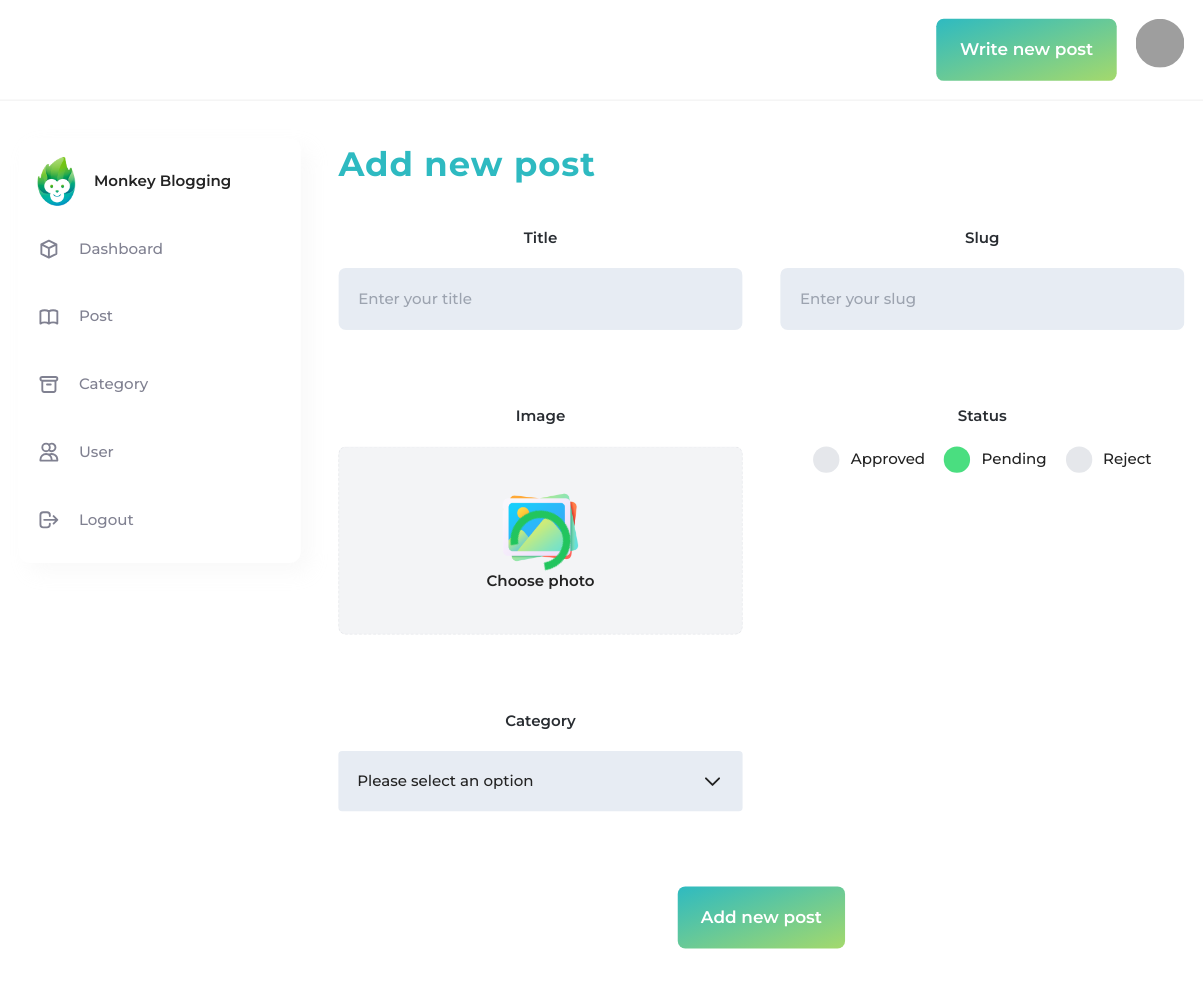
Repository: ThanhPhongsof/react-course-projects
Page: /manage/add-post (app in react-monkey-bloging/)
An editor plug-in stored every save of this project. The page is shown before and after the next save, followed by the edit.
The browser window is 1280 px wide. The pictures show the whole page, at 94% of full size.
Pictures or frames that could not be fetched are drawn as grey boxes. The project was rebuilt for these pictures with package versions that can differ from the ones it lists, and the page was loaded fresh each time. Also part of the build but not shown: react-monkey-bloging/src/page/AuthenticationPage.js, react-monkey-bloging/src/components/icon/IconEyeOpen.js, react-monkey-bloging/src/components/icon/IconEyeClose.js, react-monkey-bloging/src/components/icon/index.js, react-monkey-bloging/src/components/input/InputPasswordToggle.js, react-monkey-bloging/src/page/SignUpPage.js, react-monkey-bloging/src/page/SignInPage.js, react-monkey-bloging/src/components/layout/Header.js and 21 more. Imported but missing from the stored project, and not drawn on this page: react-monkey-bloging/src/components/loading/LoadingSpinner, react-monkey-bloging/src/module/post/PostMeta.

Above is the page before, as saved 2022-05-09 15:15:07.

### react-monkey-bloging/public/index.html
<!DOCTYPE html>
<html lang="en">
  <head>
    <meta charset="utf-8" />
    <link rel="icon" href="%PUBLIC_URL%/favicon.ico" />
    <meta name="viewport" content="width=device-width, initial-scale=1" />
    <meta name="theme-color" content="#000000" />
    <meta
      name="description"
      content="Web site created using create-react-app"
    />
    <link rel="apple-touch-icon" />

    <link rel="manifest" href="%PUBLIC_URL%/manifest.json" />
    <link rel="preconnect" href="https://fonts.googleapis.com" />
    <link rel="preconnect" href="https://fonts.gstatic.com" crossorigin />
    <link
      href="https://fonts.googleapis.com/css2?family=Montserrat:wght@400;500;600;700&display=swap"
      rel="stylesheet"
    />
    <title>Monkey Blogging App</title>
  </head>
  <body>
    <noscript>You need to enable JavaScript to run this app.</noscript>
    <div id="root"></div>
    <!--
      This HTML file is a template.
      If you open it directly in the browser, you will see an empty page.

      You can add webfonts, meta tags, or analytics to this file.
      The build step will place the bundled scripts into the <body> tag.

      To begin the development, run `npm start` or `yarn start`.
      To create a production bundle, use `npm run build` or `yarn build`.
    -->
  </body>
</html>

### react-monkey-bloging/src/index.js
import React from "react";
import "./styles/index.scss";
import App from "./App";
import reportWebVitals from "./reportWebVitals";
import { ThemeProvider } from "styled-components";
import { GlobalStyles } from "./styles/GlobalStyles";
import { theme } from "./utils/constants";
import { BrowserRouter } from "react-router-dom";
import { createRoot } from "react-dom/client";
import { ToastContainer } from "react-toastify";
import "react-toastify/dist/ReactToastify.css";
const container = document.getElementById("root");
const root = createRoot(container);

root.render(
  <React.StrictMode>
    <ThemeProvider theme={theme}>
      <GlobalStyles></GlobalStyles>
      <BrowserRouter>
        <App />
        <ToastContainer></ToastContainer>
      </BrowserRouter>
    </ThemeProvider>
  </React.StrictMode>
);

reportWebVitals();

### react-monkey-bloging/src/styles/index.scss
@tailwind base;
@tailwind components;
@tailwind utilities;
@import "reset";

@layer base {
  body {
    line-height: 1.5;
    // -webkit-font-smoothing: antialiased;
    -webkit-tap-highlight-color: rgba(0, 0, 0, 0);
    font-family: "Montserrat", sans-serif;
    font-size: 16px;
    color: #232323;
  }
}
.container {
  width: 100%;
  max-width: 1260px;
  margin: 0 auto;
  padding: 0 20px;
}
a {
  text-decoration: none;
  color: inherit;
}
.text-primary {
  color: #a4d96c;
}
.grid-layout {
  display: grid;
  grid-auto-columns: 235px;
  gap: 20px;
  -ms-overflow-style: none;
  scrollbar-width: none;
  &::-webkit-scrollbar {
    display: none;
  }
  @media screen and (min-width: 1024px) {
    grid-template-columns: repeat(3, minmax(0, 1fr));
    gap: 40px;
  }
  @media screen and (max-width: 1023.98px) {
    grid-auto-flow: column;
    scroll-snap-type: x mandatory;
    overflow-x: auto;
  }
  & > * {
    scroll-snap-align: start;
  }
  &--primary {
    grid-auto-columns: 220px;
    @media screen and (min-width: 1024px) {
      grid-template-columns: repeat(4, minmax(0, 1fr));
    }
  }
}
.home-block {
  padding-bottom: 40px;
  @media screen and (min-width: 1024px) {
    padding-bottom: 60px;
  }
}
.entry-content {
  font-size: 16px;
  h2,
  h3,
  h4 {
    font-weight: bold;
    margin-bottom: 20px;
  }
  h2 {
    font-size: 32px;
  }
  h3 {
    font-size: 26px;
  }
  h4 {
    font-size: 22px;
  }
  p {
    margin-bottom: 20px;
    line-height: 2;
  }
  figure {
    margin-bottom: 20px;
  }
  figure img {
    border-radius: 20px;
    margin-bottom: 10px;
  }
  figcaption {
    text-align: center;
    font-style: italic;
    font-size: 14px;
    color: #6b6b6b;
  }
  @media screen and (max-width: 1023.98px) {
    font-size: 14px;
    h2 {
      font-size: 26px;
    }
    h3 {
      font-size: 24px;
    }
    h4 {
      font-size: 20px;
    }
  }
}
.hidden-input {
  border: 0;
  clip: rect(0 0 0 0);
  height: 1px;
  margin: -1px;
  overflow: hidden;
  padding: 0;
  position: absolute;
  width: 1px;
  white-space: nowrap;
}

@keyframes spin {
  from {
    transform: rotate(0deg);
  }
  to {
    transform: rotate(360deg);
  }
}

### react-monkey-bloging/src/App.js
import { Route, Routes } from "react-router-dom";
import { AuthProvider } from "./contexts/auth-context";
import SignUpPage from "./page/SignUpPage";
import SignInPage from "page/SignInPage";
import HomePage from "page/HomePage";
import NotFoundPage from "page/NotFoundPage";
import PostDetailsPage from "page/PostDetailsPage";
import DashboardLayout from "module/dashboard/DashboardLayout";
import DashboardPage from "page/DashboardPage";
import PostManage from "module/post/PostManage";
import PostAddNew from "module/post/PostAddNew";

const App = () => {
  return (
    <div>
      <AuthProvider>
        <Routes>
          <Route path="/" element={<HomePage></HomePage>}></Route>
          <Route path="/sign-up" element={<SignUpPage></SignUpPage>}></Route>
          <Route path="/sign-in" element={<SignInPage></SignInPage>}></Route>
          <Route path="*" element={<NotFoundPage></NotFoundPage>}></Route>
          <Route
            path="/:slug"
            element={<PostDetailsPage></PostDetailsPage>}
          ></Route>
          <Route element={<DashboardLayout></DashboardLayout>}>
            <Route
              path="/dashboard"
              element={<DashboardPage></DashboardPage>}
            ></Route>
            <Route
              path="/manage/post"
              element={<PostManage></PostManage>}
            ></Route>
            <Route
              path="/manage/add-post"
              element={<PostAddNew></PostAddNew>}
            ></Route>
          </Route>
        </Routes>
      </AuthProvider>
    </div>
  );
};

export default App;

### react-monkey-bloging/src/utils/constants.js
export const theme = {
  primary: "#2EBAC1",
  secondary: "#A4D96C",
  grayDark: "#292D32",
  grayLight: "#E7ECF3",
  grayScale: "#6B6B6B",
  tertiary: "#3A1097",
  accent: "#00D1ED",
  purpleLight: "#F3EDFF",
  gray23: "#232323",
  gray80: "#808191",
};

export const postStatus = {
  APPROVED: 1,
  PENDING: 2,
  REJECTED: 3,
};

### react-monkey-bloging/src/styles/_reset.scss
* {
  margin: 0;
  padding: 0;
}
img,
picture,
video,
canvas,
svg {
  display: block;
  max-width: 100%;
}
input,
button,
textarea,
select {
  font: inherit;
  outline: none;
  border: none;
}
p,
h1,
h2,
h3,
h4,
h5,
h6 {
  overflow-wrap: break-word;
}

### react-monkey-bloging/src/contexts/auth-context.js
import { auth } from "firebase-app/firebase-config";
import { onAuthStateChanged } from "firebase/auth";
import { createContext, useContext, useEffect, useState } from "react";

const AuthContext = createContext();

const AuthProvider = (props) => {
  const [userInfo, setUserInfo] = useState({});
  const value = { userInfo, setUserInfo };
  useEffect(() => {
    onAuthStateChanged(auth, (user) => {
      setUserInfo(user);
    });
  }, []);
  return <AuthContext.Provider {...props} value={value}></AuthContext.Provider>;
};

const useAuth = () => {
  const context = useContext(AuthContext);
  if (typeof context === "undefined")
    throw new Error("useAuth must be used within AuthProvider");
  return context;
};

export { useAuth, AuthProvider };

### react-monkey-bloging/src/module/dashboard/DashboardLayout.js
import React from "react";
import { Outlet } from "react-router-dom";
import styled from "styled-components";
import DashboardHeader from "./DashboardHeader";
import Sidebar from "./Sidebar";

const DashboardLayoutStyles = styled.div`
  max-width: 1600px;
  margin: 0 auto;
  .dashboard {
    &-heading {
      font-weight: bold;
      font-size: 36px;
      margin-bottom: 40px;
      color: ${(props) => props.theme.primary};
      letter-spacing: 1px;
    }
    &-main {
      display: grid;
      grid-template-columns: 300px minmax(0, 1fr);
      padding: 40px 20px;
      gap: 0 40px;
      align-items: start;
    }
  }
`;

const DashboardLayout = () => {
  return (
    <DashboardLayoutStyles>
      <DashboardHeader></DashboardHeader>
      <div className="dashboard-main">
        <Sidebar></Sidebar>
        <div className="dashboard-children">
          <Outlet></Outlet>
        </div>
      </div>
    </DashboardLayoutStyles>
  );
};

export default DashboardLayout;

### react-monkey-bloging/src/firebase-app/firebase-config.js
import { initializeApp } from "firebase/app";
import { getFirestore } from "firebase/firestore";
import { getAuth } from "firebase/auth";
const firebaseConfig = {
  apiKey: "AIzaSyAdpQ4sW6LhnaANOQOgJJZImO0FWC0Ar70",
  authDomain: "monkey-blogging-da39c.firebaseapp.com",
  projectId: "monkey-blogging-da39c",
  storageBucket: "monkey-blogging-da39c.appspot.com",
  messagingSenderId: "1089989654619",
  appId: "1:1089989654619:web:f211b6c6805ab03926a77e",
};

// Initialize Firebase
const app = initializeApp(firebaseConfig);
export const db = getFirestore(app);
export const auth = getAuth(app);

### react-monkey-bloging/src/components/label/index.js
import Label from "./Label";
export { Label };

### react-monkey-bloging/src/components/input/index.js
import Input from "./Input";
export { Input };

### react-monkey-bloging/src/components/field/index.js
import Field from "./Field";
export { Field };

### react-monkey-bloging/src/module/dashboard/DashboardHeader.js
import { Button } from "components/button";
import React from "react";
import styled from "styled-components";

const DashboardHeaderStyles = styled.div`
  background-color: white;
  padding: 20px;
  border-bottom: 1px solid #eee;
  display: flex;
  justify-content: flex-end;
  gap: 20px;
  .header-avatar {
    width: 52px;
    height: 52px;
    img {
      width: 100%;
      height: 100%;
      object-fit: cover;
      border-radius: 100rem;
    }
  }
`;

const DashboardHeader = () => {
  return (
    <DashboardHeaderStyles>
      <Button type="button" to="/dashboard" className="header-button">
        Write new post
      </Button>
      <div className="header-avatar">
        <img
          src="https://images.unsplash.com/photo-1568602471122-7832951cc4c5?ixlib=rb-1.2.1&ixid=MnwxMjA3fDB8MHxwaG90by1wYWdlfHx8fGVufDB8fHx8&auto=format&fit=crop&w=3270&q=80"
          alt="avatar"
        />
      </div>
    </DashboardHeaderStyles>
  );
};

export default DashboardHeader;

### react-monkey-bloging/src/components/checkbox/index.js
import Checkbox from "./Checkbox";
import Radio from "./Radio";

export { Checkbox, Radio };

### react-monkey-bloging/src/components/dropdown/index.js
import Dropdown from "./Dropdown";
import Option from "./Option";
import Search from "./Search";

Dropdown.Option = Option;
Dropdown.Search = Search;

export { Dropdown };

### react-monkey-bloging/src/components/image/ImageUpload.js
import React, { Fragment } from "react";
import styled, { keyframes } from "styled-components";

const ImageUploadStyles = styled.label`
  display: flex;
  align-items: center;
  justify-content: center;
  background-color: rgb(243 244 246);
  border-width: 1px;
  border-style: dashed;
  width: 100%;
  min-height: 200px;
  position: relative;
  overflow: hidden;
  border-radius: 8px;
  cursor: pointer;
  &:hover .image-icon-delete {
    opacity: 1;
    visibility: visible;
  }
  .image {
    &-display {
      display: flex;
      flex-direction: column;
      align-items: center;
      text-align: center;
      pointer-events: none;
    }
    &-show {
      width: 100%;
      height: 100%;
      object-fit: cover;
    }
    &-icon-delete {
      display: flex;
      align-items: center;
      justify-content: center;
      position: absolute;
      z-index: 10;
      width: 56px;
      height: 56px;
      border-radius: 9999px;
      cursor: pointer;
      background-color: rgb(255 255 255 / 1);
      color: rgb(239 68 68);
      opacity: 0;
      visibility: hidden;
      transition-property: all;
      transition-timing-function: cubic-bezier(0.4, 0, 0.2, 1);
      transition-duration: 150ms;
    }
    &-loading {
      width: 64px;
      height: 64px;
      border-width: 8px;
      border-color: rgb(34, 197, 94);
      border-top-color: transparent;
      position: absolute;
      z-index: 10;
      border-radius: 9999px;
      animation: spin 1s linear infinite;
    }
    &-none {
      max-width: 80px;
      margin-bottom: 5px;
    }
    &-choose {
      font-weight: 600;
    }
    &-overlay {
      position: absolute;
      height: 2px;
      /* background-color: rgb(74, 222, 128); */
      background-image: linear-gradient(
        to right bottom,
        ${(props) => props.theme.primary},
        ${(props) => props.theme.secondary}
      );
      left: 0;
      bottom: 0;
      transition-property: all;
      transition-timing-function: cubic-bezier(0.4, 0, 0.2, 1);
      transition-duration: 150ms;
    }
  }
  @keyframes spin {
    from {
      transform: rotate(0deg);
    }
    to {
      transform: rotate(360deg);
    }
  }
`;

const ImageUpload = ({
  name,
  className,
  progress = 0,
  image,
  handleDeleteImage = () => {},
  ...rest
}) => {
  return (
    <ImageUploadStyles className={className}>
      <input
        type="file"
        name={name}
        className="hidden-input"
        onChange={() => {}}
        {...rest}
      />
      {/* {progress !== 0 && !image && <div className="image-loading"></div>} */}
      <div className="image-loading"></div>
      {image ? (
        <Fragment>
          <img src={image} className="image-show" alt="" />
          <button
            type="button"
            className="image-icon-delete"
            onClick={handleDeleteImage}
          >
            <svg
              xmlns="http://www.w3.org/2000/svg"
              className="w-6 h-6"
              fill="none"
              viewBox="0 0 24 24"
              stroke="currentColor"
              strokeWidth={2}
            >
              <path
                strokeLinecap="round"
                strokeLinejoin="round"
                d="M19 7l-.867 12.142A2 2 0 0116.138 21H7.862a2 2 0 01-1.995-1.858L5 7m5 4v6m4-6v6m1-10V4a1 1 0 00-1-1h-4a1 1 0 00-1 1v3M4 7h16"
              />
            </svg>
          </button>
        </Fragment>
      ) : (
        <div className="image-display">
          <img src="/img-upload.png" alt="upload-img" className="image-none" />
          <p className="image-choose">Choose photo</p>
        </div>
      )}
      {!image && (
        <div
          className="image-overlay image-upload-progress"
          style={{ width: `${Math.ceil(progress)}%` }}
        ></div>
      )}
    </ImageUploadStyles>
  );
};

export default ImageUpload;

### react-monkey-bloging/src/components/label/Label.js
import React from "react";
import styled from "styled-components";

const LabelStyles = styled.label`
  color: ${(props) => props.theme.grayDark};
  font-weight: 600;
  cursor: pointer;
`;

const Label = ({ htmlFor = "", children, ...props }) => {
  return (
    <LabelStyles htmlFor={htmlFor} {...props}>
      {children}
    </LabelStyles>
  );
};

export default Label;

### react-monkey-bloging/src/components/input/Input.js
import React from "react";
import styled from "styled-components";
import { useController } from "react-hook-form";

const InputStyles = styled.div`
  position: relative;
  width: 100%;
  input {
    width: 100%;
    padding: ${(props) => (props.hasIcon ? "20px 60px 20px 20px" : "20px")};
    background-color: ${(props) => props.theme.grayLight};
    border-radius: 8px;
    font-weight: 500;
    transition: all 0.2s linear;
    border: 1px solid transparent;
  }
  input:focus {
    background-color: white;
    border-color: ${(props) => props.theme.primary};
  }
  input:-webkit-input-placeholder {
    color: #84878b;
    font-weight: 500;
    transition: all 0.2s linear;
  }
  input::-moz-input-placeholder {
    color: #84878b;
  }
  .input-icon {
    position: absolute;
    right: 20px;
    top: 50%;
    transform: translateY(-50%);
    cursor: pointer;
  }
`;

const Input = ({ name = "", type = "text", children, control, ...props }) => {
  const { field } = useController({ control, name, defaultValue: "" });

  return (
    <InputStyles hasIcon={children ? true : false}>
      <input id={name} type={type} {...props} {...field} />
      {children ? <div className="input-icon">{children}</div> : null}
    </InputStyles>
  );
};

export default Input;

### react-monkey-bloging/src/components/Field/Field.js
import React from "react";
import styled from "styled-components";

const FieldStyles = styled.div`
  display: flex;
  flex-direction: column;
  align-items: center;
  row-gap: 20px;
  margin-bottom: 40px;
  &:last-child {
    margin-bottom: 0;
  }
`;

const Field = ({ children }) => {
  return <FieldStyles>{children}</FieldStyles>;
};

export default Field;

### react-monkey-bloging/src/components/checkbox/Radio.js
import React from "react";
import { useController } from "react-hook-form";

const Radio = ({ checked, children, control, name, ...rest }) => {
  const { field } = useController({ control, name, defaultValue: "" });
  return (
    <label>
      <input
        type="radio"
        className="hidden-input"
        checked={checked}
        onChange={() => {}}
        {...field}
        {...rest}
      />
      <div className="flex items-center font-medium cursor-pointer gap-x-3">
        <div
          className={`w-7 h-7 rounded-full ${
            checked ? "bg-green-400" : "bg-gray-200"
          }`}
        ></div>
        <span>{children}</span>
      </div>
    </label>
  );
};

export default Radio;

### react-monkey-bloging/src/components/dropdown/Dropdown.js
import { DropdonwProvider } from "contexts/dropdown-context";
import React, { useState } from "react";
const Dropdown = ({
  placeholder = "Please select an option",
  children,
  ...props
}) => {
  const [show, setShow] = useState(false);
  const handleToggleDropdown = () => {
    setShow(!show);
  };

  return (
    <DropdonwProvider {...props}>
      <div className="relative inline-block w-full">
        <div
          className="flex items-center justify-between p-5 rounded cursor-pointer bg-[#E7ECF3] font-medium"
          onClick={handleToggleDropdown}
        >
          <span>{placeholder}</span>
          <span>
            {show ? (
              <svg
                xmlns="http://www.w3.org/2000/svg"
                className="w-6 h-6"
                fill="none"
                viewBox="0 0 24 24"
                stroke="currentColor"
                strokeWidth="2"
              >
                <path
                  strokeLinecap="round"
                  strokeLinejoin="round"
                  d="M5 15l7-7 7 7"
                />
              </svg>
            ) : (
              <svg
                xmlns="http://www.w3.org/2000/svg"
                className="w-6 h-6"
                fill="none"
                viewBox="0 0 24 24"
                stroke="currentColor"
                strokeWidth="2"
              >
                <path
                  strokeLinecap="round"
                  strokeLinejoin="round"
                  d="M19 9l-7 7-7-7"
                />
              </svg>
            )}
          </span>
        </div>
        {show && (
          <div className="absolute left-0 w-full bg-white shadow-sm top-full">
            {children}
          </div>
        )}
      </div>
    </DropdonwProvider>
  );
};

export default Dropdown;

### react-monkey-bloging/src/components/loading/index.js
import LoadingSpinner from "./LoadingSpinner";

export { LoadingSpinner };

### react-monkey-bloging/src/contexts/dropdown-context.js
const { createContext, useContext } = require("react");

const DropdonwContext = createContext();
const DropdonwProvider = (props) => {
  return (
    <DropdonwContext.Provider value={props}>
      {props.children}
    </DropdonwContext.Provider>
  );
};

const useDropdown = () => {
  const context = useContext(DropdonwContext);
  if (typeof context === "undefined")
    throw new Error("useDropdown must be used within DropdownProvider");
  return context;
};

export { useDropdown, DropdonwProvider };

Loaded but not shown: react-monkey-bloging/src/reportWebVitals.js (common file); react-monkey-bloging/src/styles/GlobalStyles.js (common file); react-monkey-bloging/src/styles/GlobalClasses.js (common file); react-monkey-bloging/src/components/button/index.js (common file); react-monkey-bloging/tailwind.config.js (common file); react-monkey-bloging/src/module/post/PostAddNew.js (188 lines, source omitted); react-monkey-bloging/src/module/dashboard/Sidebar.js (159 lines, source omitted); react-monkey-bloging/src/components/button/Button.js (80 lines, source omitted)

After the next save:
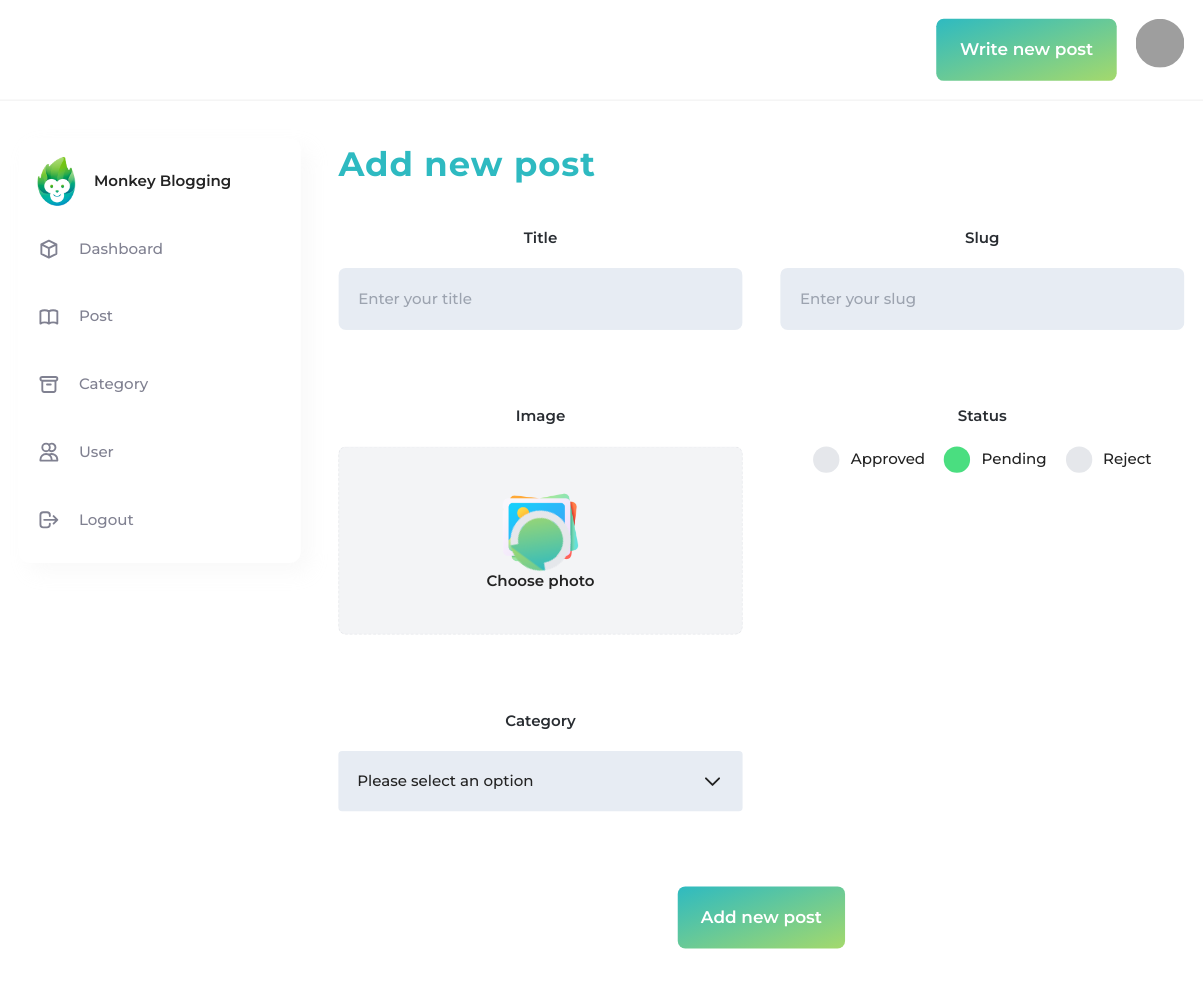
Saved 44 s later.
--- a/react-monkey-bloging/src/components/image/ImageUpload.js
+++ b/react-monkey-bloging/src/components/image/ImageUpload.js
@@ -53,7 +53,12 @@ const ImageUploadStyles = styled.label`
       width: 64px;
       height: 64px;
       border-width: 8px;
-      border-color: rgb(34, 197, 94);
+      /* border-color: rgb(34, 197, 94); */
+      background-image: linear-gradient(
+        to right bottom,
+        ${(props) => props.theme.primary},
+        ${(props) => props.theme.secondary}
+      );
       border-top-color: transparent;
       position: absolute;
       z-index: 10;
@@ -70,12 +75,7 @@ const ImageUploadStyles = styled.label`
     &-overlay {
       position: absolute;
       height: 2px;
-      /* background-color: rgb(74, 222, 128); */
-      background-image: linear-gradient(
-        to right bottom,
-        ${(props) => props.theme.primary},
-        ${(props) => props.theme.secondary}
-      );
+      background-color: rgb(74, 222, 128);
       left: 0;
       bottom: 0;
       transition-property: all;
